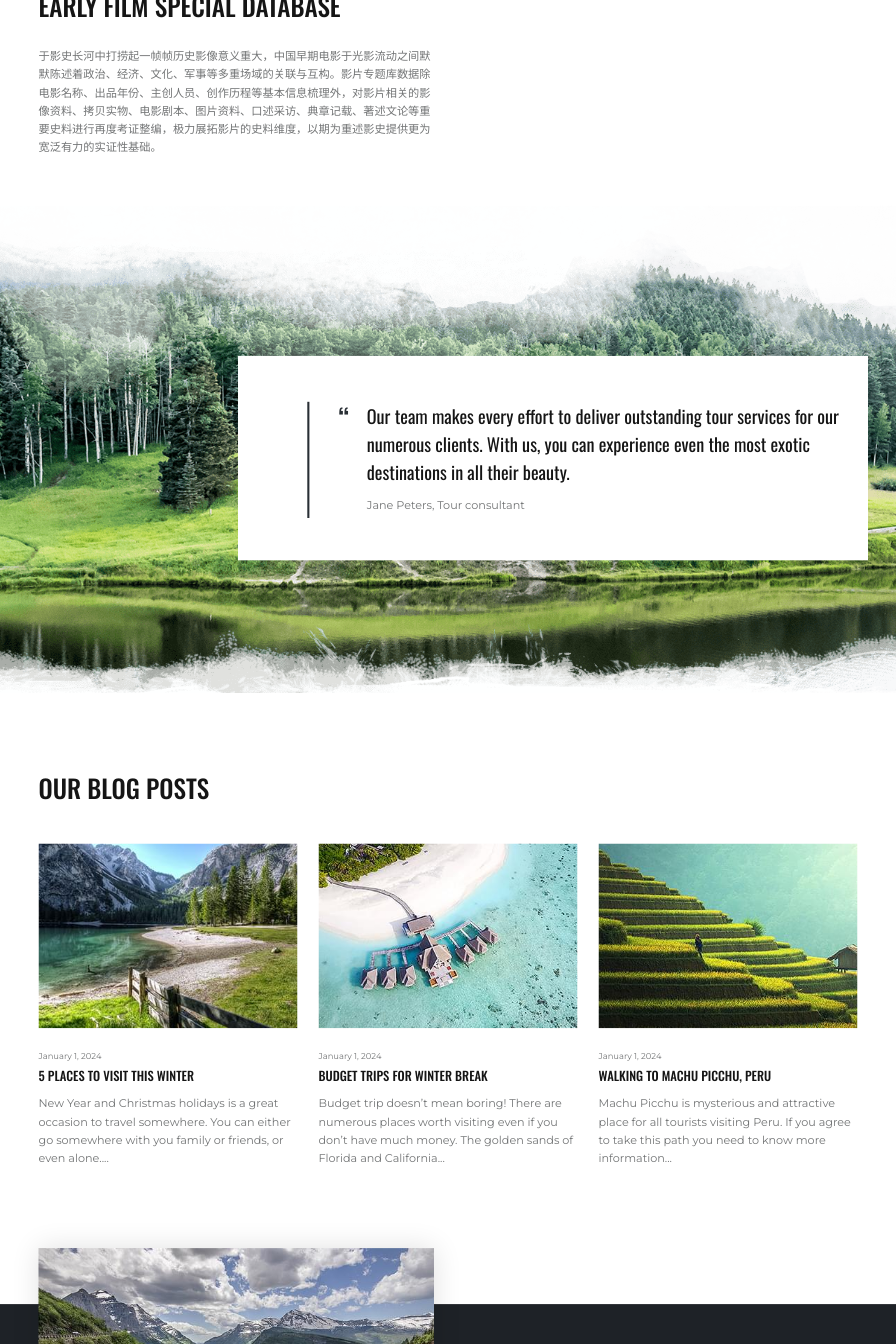
Repository: Jquarker/Modern-Film-Database
Page: index.html
An editor plug-in stored every save of this project. The page is shown before and after the next save, followed by the edit.
The browser window is 1280 px wide. The pictures show the part of the page from y = 3200 to 5120 px (the page is 5526 px tall before and 5832 px after), at 70% of full size.

Above is the page before, as saved 2025-02-21 12:15:21.

### index.html
<!DOCTYPE html>
<html class="wide wow-animation" lang="en">
  <head>
    <title>Home</title>
    <meta charset="utf-8">
    <meta name="viewport" content="width=device-width, height=device-height, initial-scale=1.0">
    <meta http-equiv="X-UA-Compatible" content="IE=edge">
    <link rel="icon" href="images/favicon.ico" type="image/x-icon">
    <link rel="stylesheet" type="text/css" href="https://fonts.googleapis.com/css?family=Oswald:200,300,400,500,700%7CMontserrat:400,500,600">
    <link rel="stylesheet" href="css/bootstrap.css">
    <link rel="stylesheet" href="css/fonts.css">
    <link rel="stylesheet" href="css/style.css">
  </head>
  <body>
    <div class="preloader">
      <div class="preloader-body">
        <div class="cssload-container">
          <div class="cssload-speeding-wheel"></div>
        </div>
        <p>Loading...</p>
      </div>
    </div>
    <div class="page">
      <header class="section page-header">
        <!--RD Navbar-->
        <div class="rd-navbar-wrap">
          <nav class="rd-navbar rd-navbar-classic" data-layout="rd-navbar-fixed" data-sm-layout="rd-navbar-fixed" data-md-layout="rd-navbar-fixed" data-md-device-layout="rd-navbar-fixed" data-lg-layout="rd-navbar-static" data-lg-device-layout="rd-navbar-static" data-xl-layout="rd-navbar-static" data-xl-device-layout="rd-navbar-static" data-lg-stick-up-offset="46px" data-xl-stick-up-offset="46px" data-xxl-stick-up-offset="46px" data-lg-stick-up="true" data-xl-stick-up="true" data-xxl-stick-up="true">
            <div class="rd-navbar-collapse-toggle rd-navbar-fixed-element-1" data-rd-navbar-toggle=".rd-navbar-collapse"><span></span></div>
            <div class="rd-navbar-main-outer">
              <div class="rd-navbar-main">
                <!--RD Navbar Panel-->
                <div class="rd-navbar-panel">
                  <!--RD Navbar Toggle-->
                  <button class="rd-navbar-toggle" data-rd-navbar-toggle=".rd-navbar-nav-wrap"><span></span></button>
                  <!--RD Navbar Brand-->
                  <div class="rd-navbar-brand">
                    <!--Brand--><a class="brand" href="index.html"><p style="font-size: 30px; width: 400px; height:30px;">早期电影史料数据库</p></a>
                  </div>
                </div>
                <div class="rd-navbar-main-element">
                  <div class="rd-navbar-nav-wrap">
                    <ul class="rd-navbar-nav">
                      <li class="rd-nav-item active"><a class="rd-nav-link" href="index.html">Home</a>
                      </li>
                      <li class="rd-nav-item"><a class="rd-nav-link" href="about.html">About</a>
                      </li>
                      <li class="rd-nav-item"><a class="rd-nav-link" href="tours.html">Tours</a>
                        <ul class="rd-menu rd-navbar-dropdown">
                          <li class="rd-dropdown-item"><a class="rd-dropdown-link" href="single-tour.html">Single Tour</a>
                          </li>
                        </ul>
                      </li>
                      <li class="rd-nav-item"><a class="rd-nav-link" href="services.html">Services</a>
                        <ul class="rd-menu rd-navbar-dropdown">
                          <li class="rd-dropdown-item"><a class="rd-dropdown-link" href="single-service.html">Single Service</a>
                          </li>
                        </ul>
                      </li>
                      <li class="rd-nav-item"><a class="rd-nav-link" href="#">Pages</a>
                        <ul class="rd-menu rd-navbar-megamenu">
                          <li class="rd-megamenu-item">
                            <h6 class="rd-megamenu-title"><a href="pages-1.html">Pages 1</a></h6>
                            <ul class="rd-megamenu-list">
                              <li class="rd-megamenu-list-item"><a class="rd-megamenu-list-link" href="typography.html">Typography</a></li>
                              <li class="rd-megamenu-list-item"><a class="rd-megamenu-list-link" href="buttons.html">Buttons</a></li>
                              <li class="rd-megamenu-list-item"><a class="rd-megamenu-list-link" href="forms.html">Forms</a></li>
                              <li class="rd-megamenu-list-item"><a class="rd-megamenu-list-link" href="tabs-and-accordions.html">Tabs and accordions</a></li>
                              <li class="rd-megamenu-list-item"><a class="rd-megamenu-list-link" href="progress-bars.html">Progress bars</a></li>
                              <li class="rd-megamenu-list-item"><a class="rd-megamenu-list-link" href="tables.html">Tables</a></li>
                            </ul>
                          </li>
                          <li class="rd-megamenu-item">
                            <h6 class="rd-megamenu-title">Pages 2</h6>
                            <ul class="rd-megamenu-list">
                              <li class="rd-megamenu-list-item"><a class="rd-megamenu-list-link" href="grid-system.html">Grid system</a></li>
                              <li class="rd-megamenu-list-item"><a class="rd-megamenu-list-link" href="privacy-policy.html">Privacy policy</a></li>
                              <li class="rd-megamenu-list-item"><a class="rd-megamenu-list-link" href="search-results.html">Search results</a></li>
                              <li class="rd-megamenu-list-item"><a class="rd-megamenu-list-link" href="under-construction.html">Under-construction</a></li>
                            </ul>
                          </li>
                        </ul>
                      </li>
                      <li class="rd-nav-item"><a class="rd-nav-link" href="contacts.html">Contacts</a>
                      </li>
                    </ul>
                  </div>
                  <!--RD Navbar Search-->
                  <div class="rd-navbar-search">
                    <button class="rd-navbar-search-toggle rd-navbar-fixed-element-2" data-rd-navbar-toggle=".rd-navbar-search"><span></span></button>
                    <form class="rd-search" action="search-results.html" data-search-live="rd-search-results-live" method="GET">
                      <div class="form-wrap">
                        <label class="form-label" for="rd-navbar-search-form-input">Search...</label>
                        <input class="rd-navbar-search-form-input form-input" id="rd-navbar-search-form-input" type="text" name="s" autocomplete="off">
                        <div class="rd-search-results-live" id="rd-search-results-live"></div>
                      </div>
                      <button class="rd-search-form-submit fa-search" type="submit"></button>
                    </form>
                  </div>
                </div>
              </div>
            </div>
          </nav>
        </div>
      </header>
      <!--Swiper-->
      <section class="section swiper-container swiper-slider swiper-slider-1" data-autoplay="5000" data-swiper='{"simulateTouch":false,"speed":500}'>
        <div class="swiper-wrapper text-center">
          <div class="swiper-slide context-dark" data-slide-bg="images/test1.png"><!--宣传图-->
            <div class="swiper-slide-caption section-md">
              <div class="container">
                <div class="row justify-content-lg-center">
                  <div class="col-lg-8">
                    <!--<div class="intro-box">
                      <div class="intro-box__floating-text">Journey</div>
                      <div class="intro-box__title"><span data-caption-animate="fadeInUp" data-caption-delay="200">Exploring</span><span data-caption-animate="fadeInUp" data-caption-delay="300">the world</span></div>
                      <div class="intro-box__video" data-caption-animate="fadeInUp" data-caption-delay="400"><a href="#" data-lightgallery="item">Watch the video</a></div>
                    </div>-->
                  </div>
                </div>
              </div>
            </div>
          </div>
          <div class="swiper-slide context-dark" data-slide-bg="images/test2.png">
            <div class="swiper-slide-caption section-md">
              <div class="container">
                <div class="row justify-content-lg-center">
                  <div class="col-lg-8">
                    <!--<div class="intro-box">
                      <div class="intro-box__floating-text">Journey</div>
                      <div class="intro-box__title"><span data-caption-animate="fadeInUp" data-caption-delay="200">Best</span><span data-caption-animate="fadeInUp" data-caption-delay="300">Destinations</span></div>
                      <div class="intro-box__video" data-caption-animate="fadeInUp" data-caption-delay="400"><a href="#" data-lightgallery="item">Watch the video</a></div>
                    </div>-->
                  </div>
                </div>
              </div>
            </div>
          </div>
          <div class="swiper-slide context-dark" data-slide-bg="images/test3.png">
            <div class="swiper-slide-caption section-md">
              <div class="container">
                <div class="row justify-content-lg-center">
                  <div class="col-lg-8">
                    <!--<div class="intro-box">
                      <div class="intro-box__floating-text">Journey</div>
                      <div class="intro-box__title"><span data-caption-animate="fadeInUp" data-caption-delay="200">Memorable</span><span data-caption-animate="fadeInUp" data-caption-delay="300">Experiences</span></div>
                      <div class="intro-box__video" data-caption-animate="fadeInUp" data-caption-delay="400"><a href="#" data-lightgallery="item">Watch the video</a></div>
                    </div>-->
                  </div>
                </div>
              </div>
            </div>
          </div>
        </div>
        <!--Swiper Pagination-->
        <div class="swiper-pagination"></div>
        <!--Swiper Navigation-->
        <div class="swiper-button-prev fa-arrow-left"></div>
        <div class="swiper-button-next fa-arrow-right"></div>
      </section>
      <!--Way to Travel-->
      <section class="section section-custom-1 bg-image-1">
        <div class="container">
          <div class="row row-30">
            <div class="col-xl-5 position-relative">
              <h2><span class="wow fadeInLeft d-xl-block">Explore a different</span><span class="wow fadeInLeft d-xl-block" data-wow-delay=".2s">way to travel</span></h2>
              <p class="wow fadeInLeft offset-xl" data-wow-delay=".3s">Discover new cultures and have a wonderful rest with Backpack Story! Select the country you’d like to visit and provide our agents with estimated time – they’ll find and offer the most suitable tours and hotels.</p>
              <p class="wow fadeInLeft" data-wow-delay=".4s">During our work, we organized countless journeys for our clients. We started as a small tour bureau, and soon we expanded our offers list. Today we have valuable experience travelling and we can advise the most stunning resorts, cities and countries to visit!</p>
              <div class="offset-top-25 wow fadeInUp" data-wow-delay=".5s"><img src="images/signature-1-113x66.png" alt="" width="113" height="66"/>
              </div>
            </div>
            <div class="col-xl-7 position-relative">
              <div class="image-box inset-xl-1 wow fadeInUp">
                <div class="image-box__static"><img src="images/img-2-home-364x459.jpg" alt="" width="364" height="459"/>
                </div>
                <div class="image-box__float"><img src="images/img-1-home-364x459.jpg" alt="" width="364" height="459"/>
                </div>
              </div>
            </div>
          </div>
        </div>
      </section>
      <!--Call to action creative-->
      <section class="section bg-image-2 section-lg">
        <div class="container">
          <div class="row row-30 flex-column-reverse flex-lg-row">
            <div class="col-lg-4 d-flex flex-column justify-content-lg-center justify-content-xl-end wow fadeInLeft z-index align-items-center"><a class="floating-video-box" href="#" data-lightgallery="item"><img src="images/video-overlay-370x288.jpg" alt="" width="370" height="288"/><span class="icon fa fa-play"></span></a></div>
            <div class="col-lg-8 column-bg-1">
              <div class="quote-classic-wrap">
                <div class="heading-4 wow fadeInUp">At Backpack Story, we personally plan and create all our tours to offer flexibility and unique impressions that you won't get anywhere else. Moreover, each tour is tailor-made for our customers to provide the experience they are looking for.</div>
                <p class="fst-italicwow fadeInUp" data-wow-delay=".2s">John Wilson, Agency director</p>
              </div>
            </div>
          </div>
        </div>
      </section>
      <!--Advantages-->
      <section class="section section-md bg-default">
        <div class="container">
          <div class="row row-30">
            <div class="col-lg-4 wow fadeInUp" data-wow-delay=".2s">
              <h2><a href="#">01. best Hotels</a></h2>
              <p class="offset-xl">We guarantee the best hotels and very comfortable rooms, which will be appreciated by every traveller. You will be absolutely happy with the hotel and will have a wonderful vacation there.</p>
            </div>
            <div class="col-lg-4 wow fadeInUp" data-wow-delay=".3s">
              <h2><a href="#">02. Tourist Guide</a></h2>
              <p class="offset-xl">We provide our clients with such a service as Tourist Guide. Its main goal is to ensure people with all necessary information any time it's needed. This service is similar to Customer Support with emphasis on travelling.</p>
            </div>
            <div class="col-lg-4 wow fadeInUp" data-wow-delay=".4s">
              <h2><a href="#">03. Flights Tickets</a></h2>
              <p class="offset-xl">You can book tickets on any plane online via our booking system. Here you have an opportunity to select your transport operator. Our representatives will help you with the details.</p>
            </div>
          </div>
        </div>
      </section>
      <!--Tours-->
      <section class="section section-lg bg-image-3">
        <div class="creative-bg">
          <div class="container">
            <div class="row justify-content-center" data-lightgallery="group">
              <div class="col-sm-4">
                <a class="info-box-classic" href="images/4_1.jpg" data-lightgallery="item">
                  <img src="images/4_1.jpg" alt="" class="img-fluid" width="370" height="510"/>
                  <div class="info-box-classic__description">
                    <div class="heading-4">透明的上海</div>
                  </div>
                </a>
              </div>
              <div class="col-sm-4">
                <a class="info-box-classic" href="images/4_2.jpg" data-lightgallery="item">
                  <img src="images/4_2.jpg" alt="" class="img-fluid" width="370" height="510"/>
                  <div class="info-box-classic__description">
                    <div class="heading-4">希望在人间</div>
                  </div>
                </a>
              </div>
              <div class="col-sm-4">
                <a class="info-box-classic" href="images/4_3.jpg" data-lightgallery="item">
                  <img src="images/4_3.jpg" alt="" class="img-fluid" width="370" height="510"/>
                  <div class="info-box-classic__description">
                    <div class="heading-4">金粉霓裳</div>
                  </div>
                </a>
              </div>
            </div>
          </div>
        </div>
      </section>
      <!--Info Section-->
      <section class="section section-md bg-default">
        <div class="container">
          <h2>早期影片专题数据库</h2>
          <h2>Early Film Special Database</h2>
          <div class="row row-40 offset-lg">
            <div class="col-xl-6 wow fadeInLeft">
              <p>于影史长河中打捞起一帧帧历史影像意义重大，中国早期电影于光影流动之间默默陈述着政治、经济、文化、军事等多重场域的关联与互构。影片专题库数据除电影名称、出品年份、主创人员、创作历程等基本信息梳理外，对影片相关的影像资料、拷贝实物、电影剧本、图片资料、口述采访、典章记载、著述文论等重要史料进行再度考证整编，极力展拓影片的史料维度，以期为重述影史提供更为宽泛有力的实证性基础。</p>
            </div>
          </div>

          <div class="row row-40 offset-lg">
            <div class="col-xl-6 wow fadeInLeft">

            </div>
          </div>
        </div>
      </section>
      <section class="section section-lg bg-image-4">
        <div class="container">
          <div class="row justify-content-xl-end">
            <div class="col-xl-9 column-bg-2">
              <div class="quote-classic-wrap">
                <div class="heading-4 wow fadeInUp">Our team makes every effort to deliver outstanding tour services for our numerous clients. With us, you can experience even the most exotic destinations in all their beauty.</div>
                <p class="fst-italicwow fadeInUp" data-wow-delay=".2s">Jane Peters, Tour consultant</p>
              </div>
            </div>
          </div>
        </div>
      </section>
      <!--Blog Post-->
      <section class="section section-lg">
        <div class="container">
          <h2 class="text-center text-md-start">Our blog posts</h2>
          <div class="row row-30">
            <div class="col-lg-4 col-md-6">
              <div class="post-classic"><a class="post-classic__media" href="#"><img src="images/blog-post-1-370x264.jpg" alt="" width="370" height="264"/></a>
                <div class="post-classic-caption"><span>January 1, 2024</span>
                  <h5><a href="#">5 PLACES TO VISIT THIS WINTER</a></h5>
                  <p>New Year and Christmas holidays is a great occasion to travel somewhere. You can either go somewhere with you family or friends, or even alone....</p>
                </div>
              </div>
            </div>
            <div class="col-lg-4 col-md-6">
              <div class="post-classic"><a class="post-classic__media" href="#"><img src="images/blog-post-2-370x264.jpg" alt="" width="370" height="264"/></a>
                <div class="post-classic-caption"><span>January 1, 2024</span>
                  <h5><a href="#">Budget Trips for Winter Break</a></h5>
                  <p>Budget trip doesn’t mean boring! There are numerous places worth visiting even if you don’t have much money. The golden sands of Florida and California...</p>
                </div>
              </div>
            </div>
            <div class="col-lg-4 col-md-6">
              <div class="post-classic"><a class="post-classic__media" href="#"><img src="images/blog-post-3-370x264.jpg" alt="" width="370" height="264"/></a>
                <div class="post-classic-caption"><span>January 1, 2024</span>
                  <h5><a href="#">Walking to Machu Picchu, Peru</a></h5>
                  <p>Machu Picchu is mysterious and attractive place for all tourists visiting Peru. If you agree to take this path you need to know more information...</p>
                </div>
              </div>
            </div>
          </div>
        </div>
      </section>
      <!--Footer-->
      <footer class="section footer-classic context-dark">
        <div class="container">
          <div class="row row-narrow-40 row-30">
            <div class="col-lg-6 text-center wow fadeInLeft" data-wow-delay=".1s">
              <div class="footer-media"><img src="images/footer-img-570x402.jpg" alt="" width="570" height="402"/>
              </div>
            </div>
            <div class="col-lg-6 wow fadeInRight" data-wow-delay=".2s">
              <div class="footer-classic_subscribe">
                <h2>Newsletter Signup</h2>
                <h5 class="text-primary">SIGN UP NOW TO RECEIVE HOT SPECIAL OFFERS AND INFORMATION ABOUT THE BEST TOURS!</h5>
                <form class="rd-form rd-mailform rd-form-inline subscribe-form" data-form-output="form-output-global" data-form-type="subscribe" method="post" action="bat/rd-mailform.php">
                  <div class="form-wrap">
                    <input class="form-input" id="subscribe-form-email-5" type="email" name="email" data-constraints="@Email @Required">
                    <label class="form-label" for="subscribe-form-email-5">Enter your e-mail</label>
                    <div class="form-button">
                      <button class="button button-primary fa fa-chevron-circle-right" type="submit"></button>
                    </div>
                  </div>
                </form>
              </div>
            </div>
          </div>
        </div>
        <div class="footer-classic-aside">
          <div class="container">
            <div class="row justify-content-between flex-column-reverse flex-md-row row-20">
              <div class="col-xl-6 col-md-8">
                <div class="footer-classic-aside__group">
                  <!--Brand--><a class="brand" href="index.html"><img class="brand-logo-dark" src="images/logo-default-225x39.png" alt="" width="112" height="19"/><img class="brand-logo-light" src="images/logo-default-225x39.png" alt="" width="112" height="19"/></a>
                  <p class="rights"><span>Copyright</span><span>&nbsp;</span><span>&copy;&nbsp;</span><span class="copyright-year"></span><span>&nbsp;</span><span>All Rights Reserved</span> <a target="_blank" href="https://www.mobanwang.com/" title="网站模板">网站模板</a></p>
                </div>
              </div>
              <div class="col-xl-3 col-md-4">
                <ul class="social-list">
                  <li class="wow fadeInUp" data-wow-delay=".1s"><a href="#"><span class="icon fa fa-facebook"></span></a></li>
                  <li class="wow fadeInUp" data-wow-delay=".2s"><a href="#"><span class="icon fa fa-twitter"></span></a></li>
                  <li class="wow fadeInUp" data-wow-delay=".3s"><a href="#"><span class="icon fa fa-instagram"></span></a></li>
                  <li class="wow fadeInUp" data-wow-delay=".4s"><a href="#"><span class="icon fa fa-pinterest"></span></a></li>
                </ul>
              </div>
            </div>
          </div>
        </div>
      </footer>
    </div>
    <div class="snackbars" id="form-output-global"></div>
    <script src="js/core.min.js"></script>
    <script src="js/script.js"></script>
  </body>
</html>

Loaded but not shown: css/bootstrap.css (library); css/fonts.css (library); css/style.css (library); js/core.min.js (library); js/script.js (1533 lines, source omitted)

After the next save:
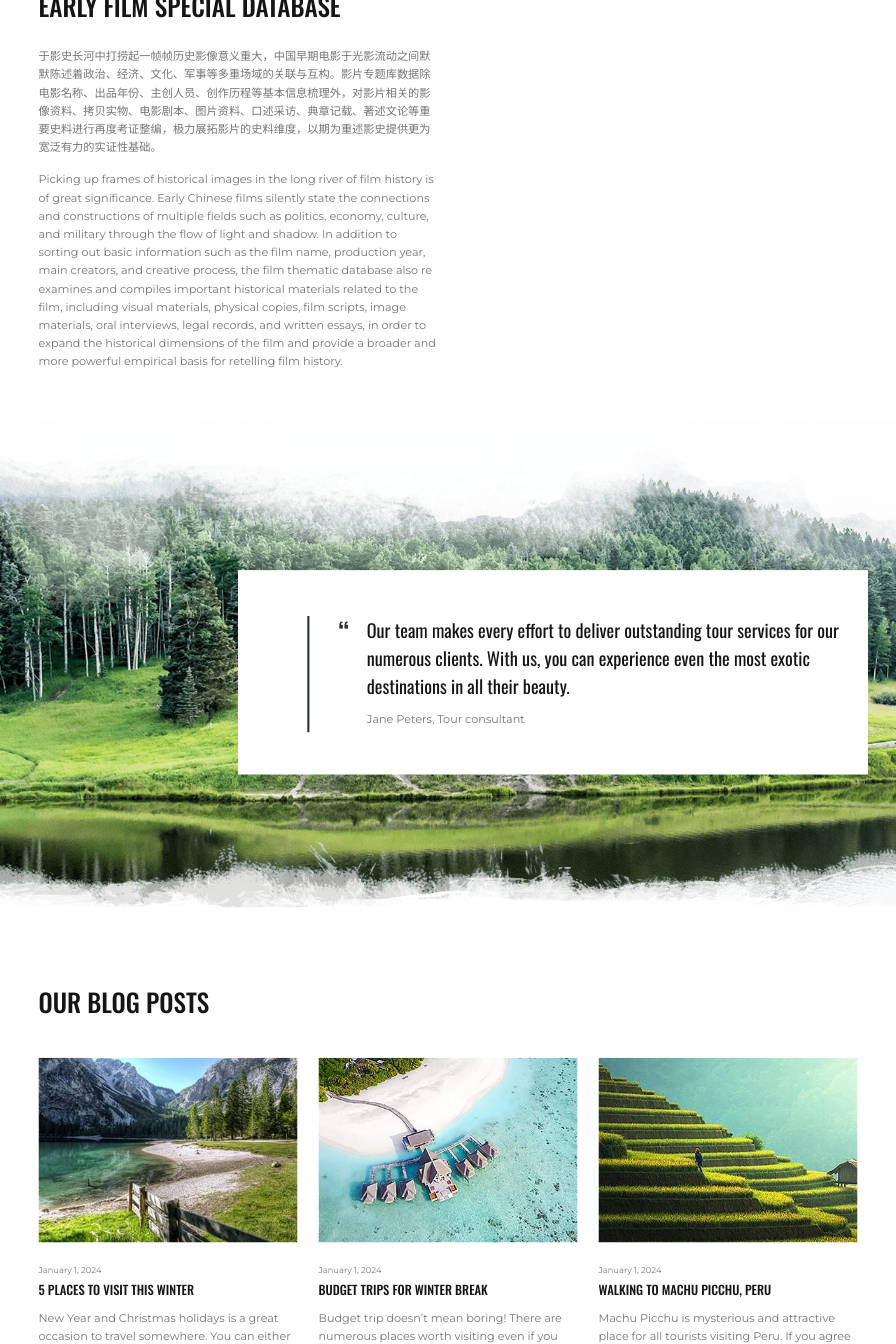
Saved 4 s later.
--- a/index.html
+++ b/index.html
@@ -253,6 +253,16 @@
           <div class="row row-40 offset-lg">
             <div class="col-xl-6 wow fadeInLeft">
               <p>于影史长河中打捞起一帧帧历史影像意义重大，中国早期电影于光影流动之间默默陈述着政治、经济、文化、军事等多重场域的关联与互构。影片专题库数据除电影名称、出品年份、主创人员、创作历程等基本信息梳理外，对影片相关的影像资料、拷贝实物、电影剧本、图片资料、口述采访、典章记载、著述文论等重要史料进行再度考证整编，极力展拓影片的史料维度，以期为重述影史提供更为宽泛有力的实证性基础。</p>
+              <p>Picking up frames of historical images in the long river of film history is of great significance. Early Chinese
+                films
+                silently state the connections and constructions of multiple fields such as politics, economy, culture, and military
+                through the flow of light and shadow. In addition to sorting out basic information such as the film name, production
+                year, main creators, and creative process, the film thematic database also re examines and compiles important
+                historical
+                materials related to the film, including visual materials, physical copies, film scripts, image materials, oral
+                interviews, legal records, and written essays, in order to expand the historical dimensions of the film and provide a
+                broader and more powerful empirical basis for retelling film history.
+              </p>
             </div>
           </div>
 
